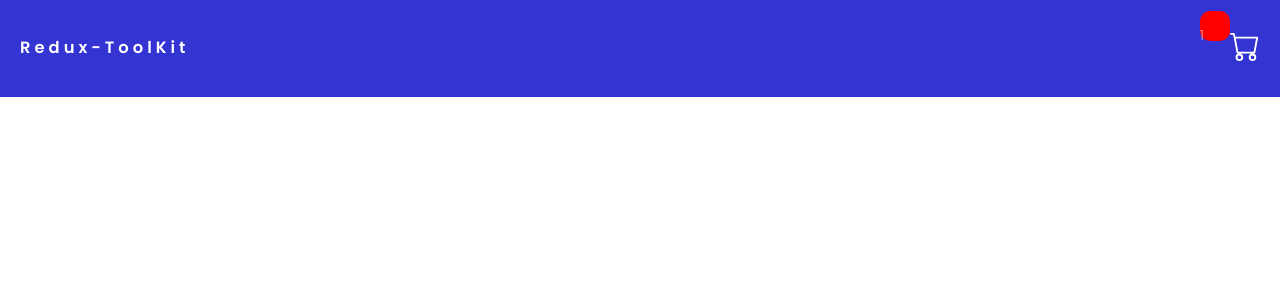
Repository: OmniaRafat232111121/shoppingCart
Page: /
An editor plug-in stored every save of this project. The page is shown before and after the next save, followed by the edit.
The browser window is 1280 px wide. The pictures show the whole page.
The project was rebuilt for these pictures with package versions that can differ from the ones it lists, and the page was loaded fresh each time. Also part of the build but not shown: src/App.css.

Above is the page before, as saved 2023-02-07 01:55:47.

### src/index.js
import React from 'react';
import ReactDOM from 'react-dom/client';
import './index.css';
import App from './App';
import { Provider } from 'react-redux';
import { store } from './store';
const root = ReactDOM.createRoot(document.getElementById('root'));
root.render(
  <React.StrictMode>
    <Provider store={store}>
      <App />
    </Provider>
  </React.StrictMode>
);

### src/index.css
@import url('https://fonts.googleapis.com/css2?family=Poppins:ital,wght@0,100;0,200;0,600;1,100;1,200;1,500;1,600&display=swap');
body {
  margin:0;
  padding:0;
  box-sizing: border-box;
  line-height: 1.5;
  font-size: 0.875rem;
  font-family: 'Poppins', sans-serif;
}
nav{
  background-color: rgb(52, 52, 211);
  padding:20px 20px;
}
.nav-center{
  display: flex;
  align-items: center;
  justify-content: space-between;
  width:100%;
  color:#fff;
  margin:0 auto;
}
.nav-center h3{
  letter-spacing: 4px;
}
.nav-center h3:hover{
  letter-spacing: 2px;
}
.nav-container{
  position: relative;
}
.amount-container{
  position: absolute;
  top:-20px;
  left:-30px;
  background-color: red;
  border-radius: 10px;
  width:30px;
  height:30px;
}

### src/App.js
import './App.css';
import Navbar from './Component/Navbar';

function App() {
  return (
    <div className="App">
  <Navbar/>
    </div>
  );
}

export default App;

### src/store.js
import { configureStore } from "@reduxjs/toolkit";
import cartReducer from './features/cart/cartSlice'
export const store = configureStore({
    reducer: {
        cart:cartReducer
    }
})

### src/Component/Navbar.js
import React from 'react'
import { useSelector } from 'react-redux';
import {BsCart} from 'react-icons/bs'
const Navbar = () => {
    const {amount}=useSelector((state)=>state.cart)
  return (
      <>
          <nav>
              <div className='nav-center'>
                  <h3>Redux-ToolKit</h3>
                  <div className='nav-container'>
                      <BsCart size={30}  />
                      <div className='amount-container'>
            <p className='total-amount'>1</p>
          </div>
                  </div>

              </div>
          </nav>
      </>
  )
}

export default Navbar

### src/features/cart/cartSlice.js
import { createSlice } from "@reduxjs/toolkit";
const initialState = {
    cartItems: [],
    amount: 0,
    total: 0,
    isLoading:true
}
  const cartSlice = createSlice({
    name: 'cart',
    initialState,
})
console.log(cartSlice)
export default cartSlice.reducer

Loaded but not shown: public/index.html (common file)

After the next save:
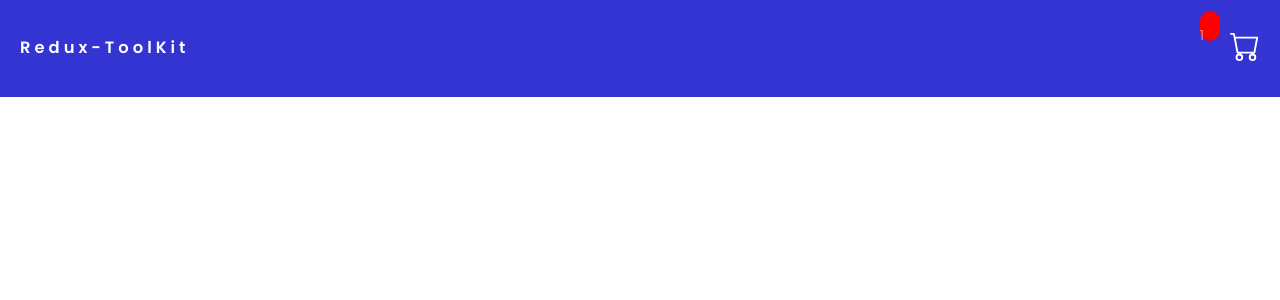
Saved 12 s later.
--- a/src/index.css
+++ b/src/index.css
@@ -34,6 +34,6 @@ nav{
   left:-30px;
   background-color: red;
   border-radius: 10px;
-  width:30px;
+  width:20px;
   height:30px;
 }
